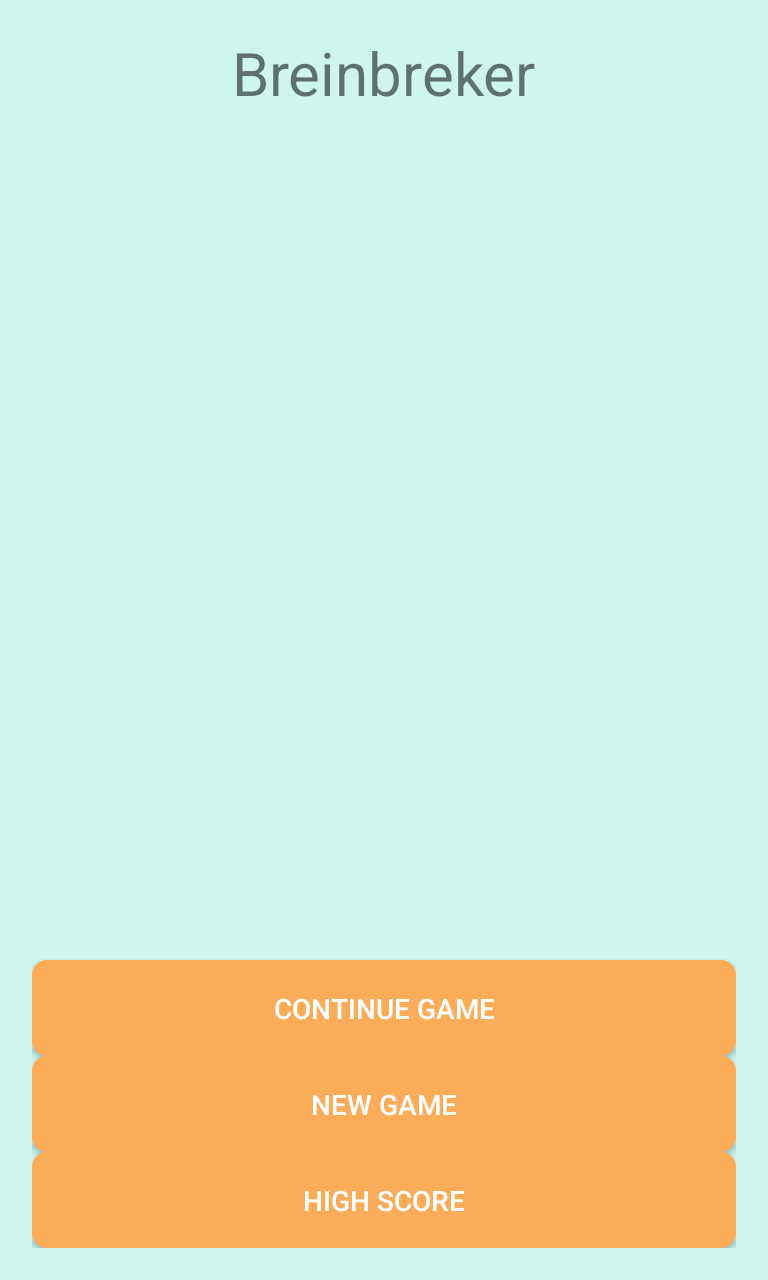
Repository: jelleswester/Breinbreker
Layout: Breinbreker/res/layout/activity_start_screen.xml
An editor plug-in stored every save of this project. The layout is shown before and after the next save, followed by the edit.
It is drawn on a 768 x 1280 px phone screen (xhdpi) without system bars, with theme AppTheme; the app's code is not run.

Above is the layout before, as saved 2015-01-22 20:28:36.

After the next save:
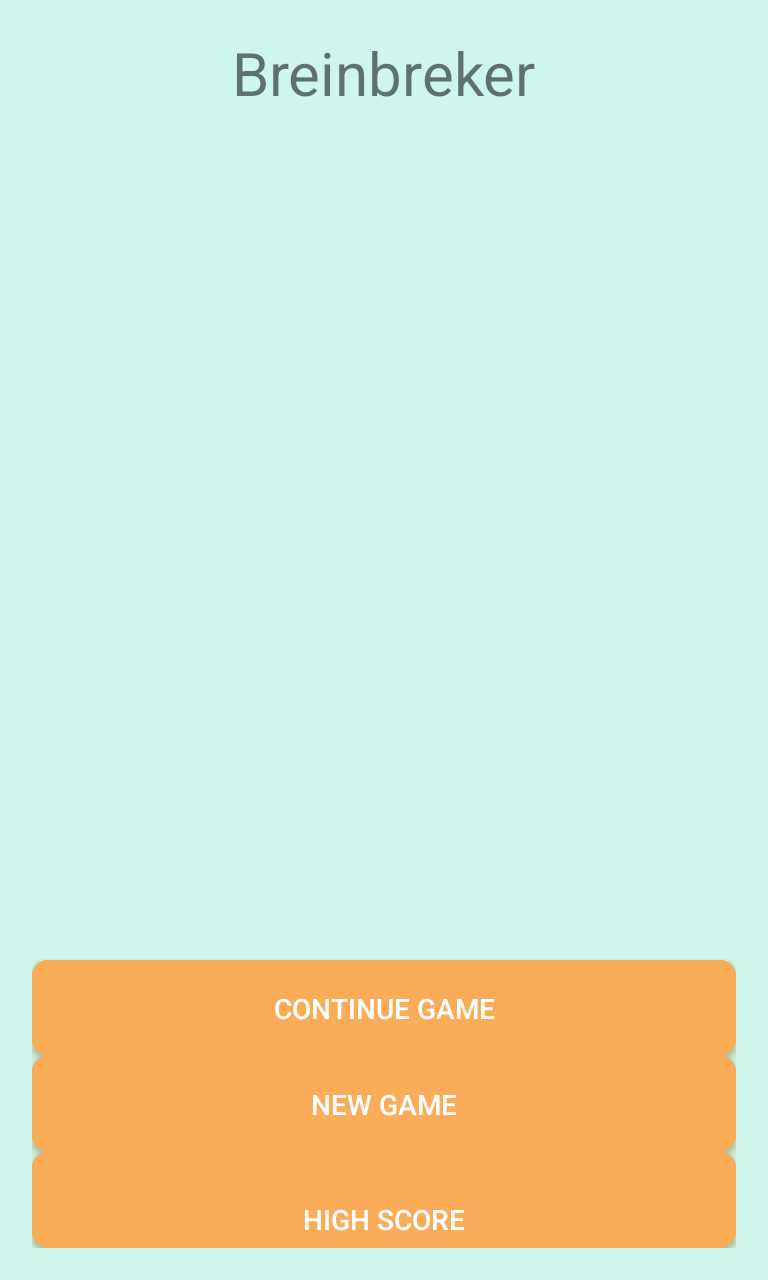
Saved 39 s later.
--- a/Breinbreker/res/layout/activity_start_screen.xml
+++ b/Breinbreker/res/layout/activity_start_screen.xml
@@ -24,6 +24,7 @@
         android:layout_height="wrap_content"
         android:layout_alignParentBottom="true"
         android:layout_centerHorizontal="true"
+        android:paddingTop="20dp"
         android:onClick="highScoreButton"
         android:background="@drawable/button_shape"
         android:textColor="@color/white"

After the save that followed:
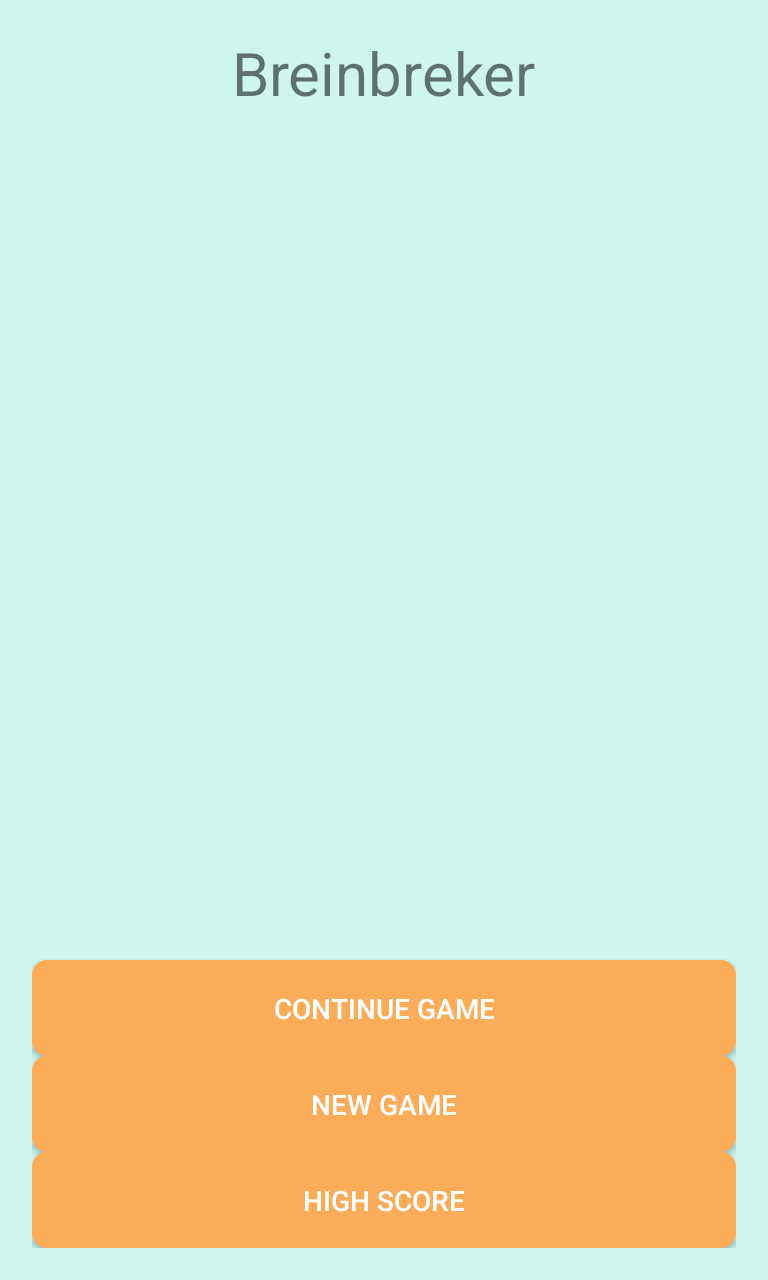
Saved 19 s later.
--- a/Breinbreker/res/layout/activity_start_screen.xml
+++ b/Breinbreker/res/layout/activity_start_screen.xml
@@ -24,7 +24,6 @@
         android:layout_height="wrap_content"
         android:layout_alignParentBottom="true"
         android:layout_centerHorizontal="true"
-        android:paddingTop="20dp"
         android:onClick="highScoreButton"
         android:background="@drawable/button_shape"
         android:textColor="@color/white"
